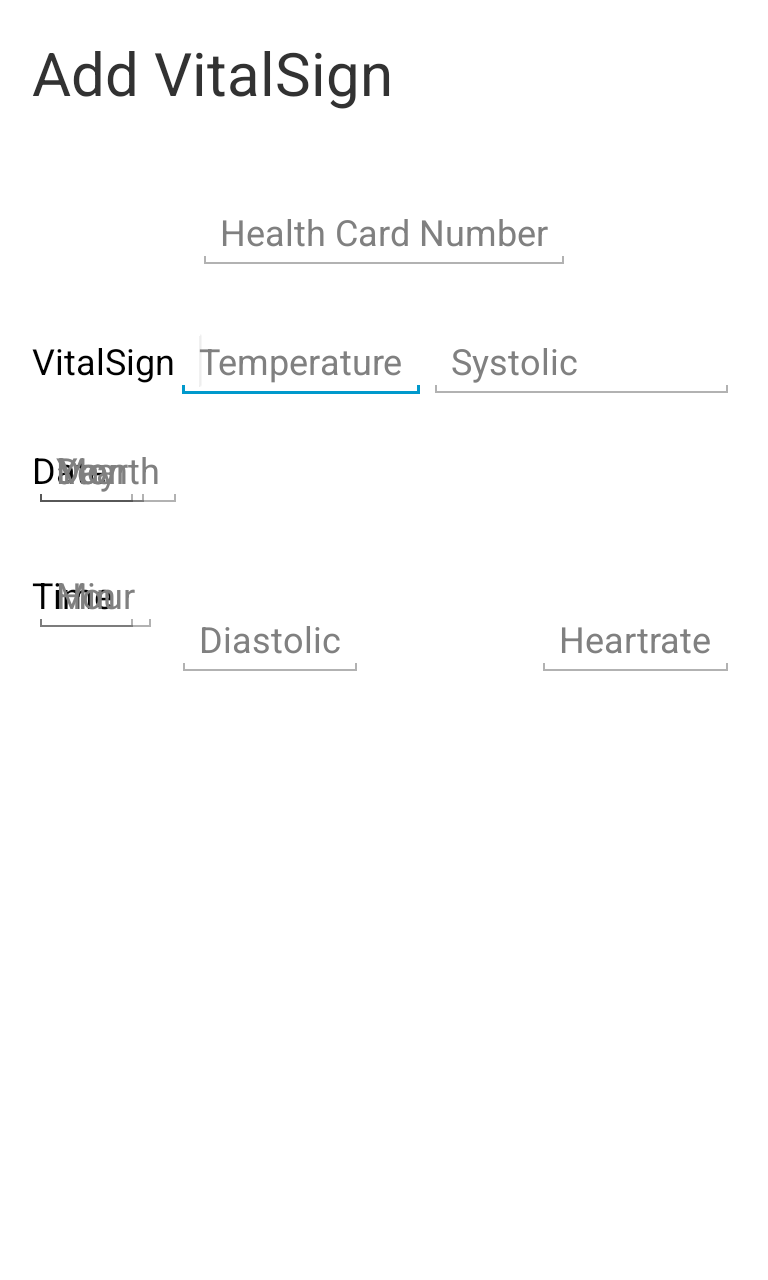
Repository: wangyuan0915/ER
Layout: workspace2/phase3/res/layout/activity_add_vital_sign.xml
These files come from the project's save history. The layout is drawn as it stood at one moment and after the next save; the edit follows.
It is drawn on a 768 x 1280 px phone screen (xhdpi) without system bars, with theme AppTheme; the app's code is not run.

Above is the layout before, as saved 2013-11-24 06:25:51.

After the next save:
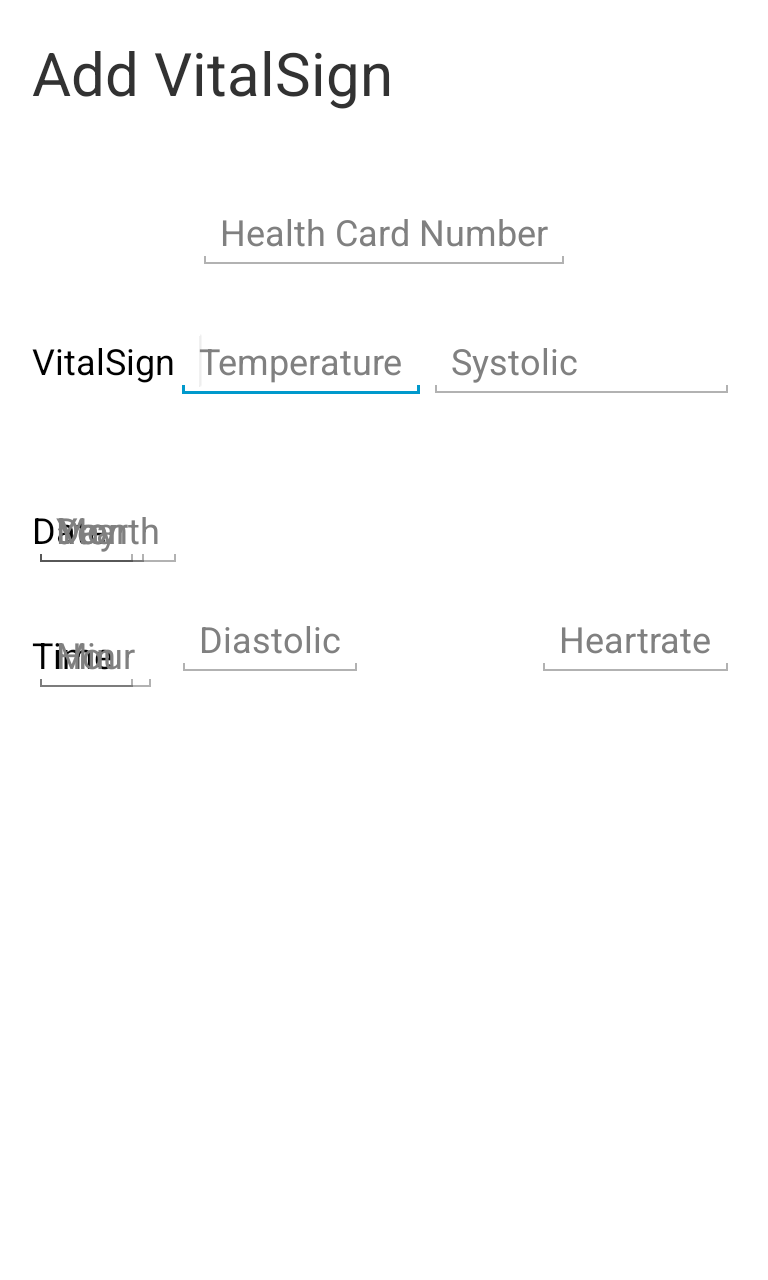
Saved 16 s later.
--- a/workspace2/phase3/res/layout/activity_add_vital_sign.xml
+++ b/workspace2/phase3/res/layout/activity_add_vital_sign.xml
@@ -86,7 +86,7 @@
         android:layout_height="wrap_content"
         android:layout_alignLeft="@+id/VitalSign"
         android:layout_below="@+id/VitalSign"
-        android:layout_marginTop="30dp"
+        android:layout_marginTop="60dp"
         android:text="@string/Date"
         android:textAppearance="?android:attr/textAppearanceMedium" />
 
